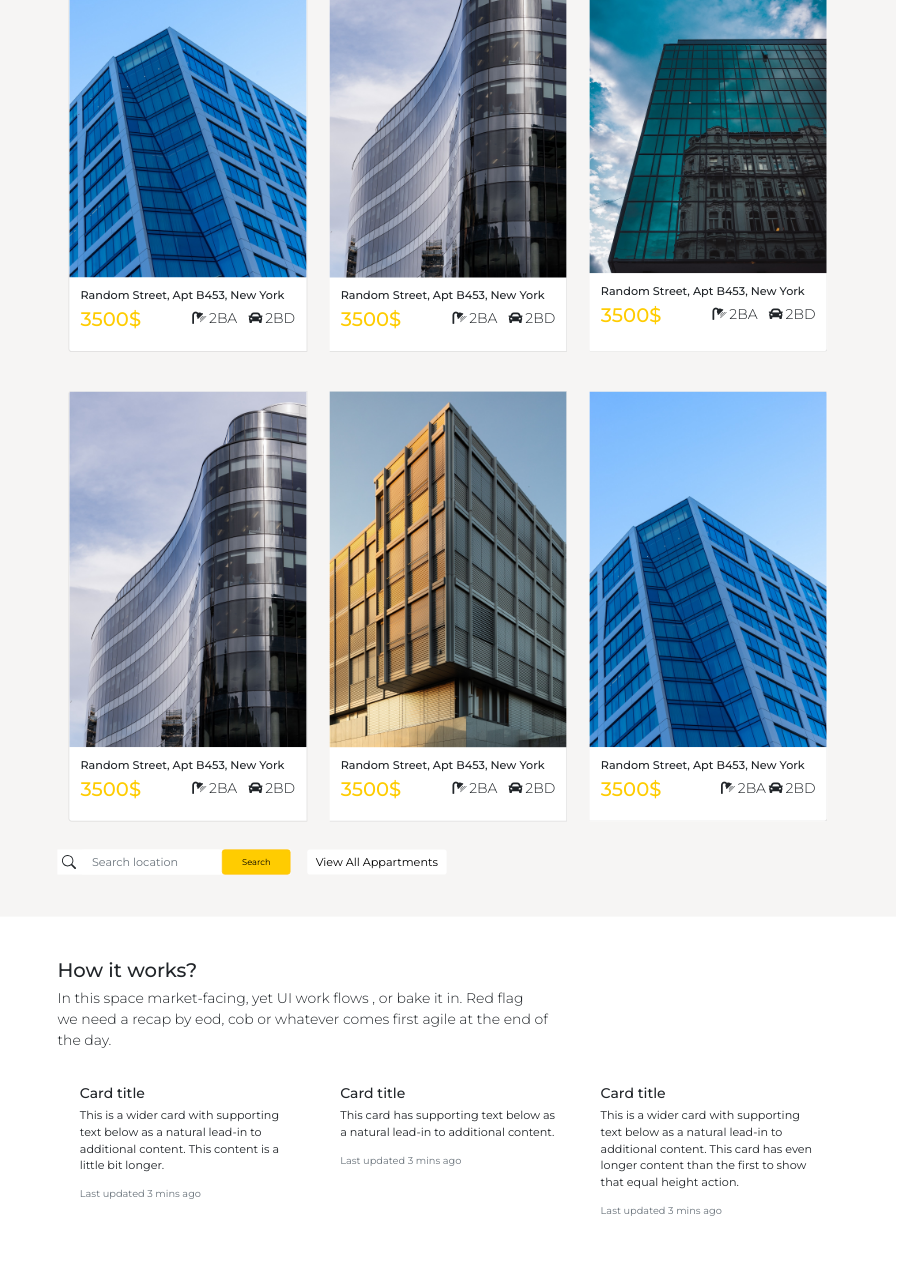
Repository: Toqa-25/luxstate
Page: index.html
These files come from the project's save history. The page is drawn as it stood at one moment and after the next save; the edit follows.
The browser window is 1280 px wide. The page is 1292 px wide, so the pictures cover 1292 px, including what lies to the right of the window. The pictures show the part of the page from y = 1308 to 3188 px (the page is 3142 px tall before and 3188 px after), at 70% of full size.

Above is the page before, as saved 2021-06-09 06:08:56.

### index.html
<!DOCTYPE html>
<html lang="en">
<head>
    <meta charset="UTF-8">
    <meta http-equiv="X-UA-Compatible" content="IE=edge">
    <meta name="viewport" content="width=device-width, initial-scale=1.0">
    <!-- Bootstrap file -->
    <link rel="stylesheet" href="css/bootstrap.css">
    <!-- My Bootstrap file -->
    <link rel="stylesheet" href="css/my-bootstrap.css">
    <!-- all main style -->
    <link rel="stylesheet" href="css/all.min.css">
    <!-- CDN css file -->
    <link href="https://cdn.jsdelivr.net/npm/bootstrap@5.0.1/dist/css/bootstrap.min.css" rel="stylesheet" integrity="sha384-+0n0xVW2eSR5OomGNYDnhzAbDsOXxcvSN1TPprVMTNDbiYZCxYbOOl7+AMvyTG2x" crossorigin="anonymous">
    <!-- Style file -->
    <link rel="stylesheet" href="css/style.css">
    <!-- web fonts -->
    <link rel="preconnect" href="https://fonts.gstatic.com">
<link href="https://fonts.googleapis.com/css2?family=Montserrat:wght@100;200;300;400;500;600;700;800;900&display=swap" rel="stylesheet">
    <title>Bootstarp</title>
</head>
<body>
    <nav class="navbar navbar-expand-lg navbar-light bg-light">
        <div class="container">
          <a class="navbar-brand" href="#">luxestate</a>
          <button class="navbar-toggler" type="button" data-bs-toggle="collapse" data-bs-target="#navbarSupportedContent" aria-controls="navbarSupportedContent" aria-expanded="false" aria-label="Toggle navigation">
            <span class="navbar-toggler-icon"></span>
          </button>
          <div class="collapse navbar-collapse offset-2 navbar-light" id="navbarSupportedContent">
            <ul class="navbar-nav me-auto mb-2 mb-lg-0 ">
              <li class="nav-item">
                <a class="nav-link active" aria-current="page" href="#">About</a>
              </li>
              <li class="nav-item ">
                <a class="nav-link " href="#">Appartment</a>
              </li>
              <li class="nav-item">
                <a class="nav-link" href="#">How it work</a>
              </li>
              <li class="nav-item">
                <a class="nav-link" href="#">Agents</a>
              </li>
              <li class="nav-item">
                <a class="nav-link" href="#">Contact us</a>
              </li>

            </ul>
            <ul class="nav justify-content-end last-nav">
                <li class="nav-item">
                  <a class="nav-link active" aria-current="page" href="#">Join us</a>
                </li>
                <li class="nav-item focuse">
                  <a class="nav-link " href="#">Contact us</a>
                </li>

              </ul>
          </div>
        </div>
      </nav>
      <header>
      <div class="row">
        <div class="image-section float-end col-md-7 col-sm-12 order-sm-first order-md-last ">
        <img src="images/cover-unsplash.jpg" class="img-fluid "  alt="...">
        <div class="text-over    d-flex float-end  ">
          <div class="down-svg d-flex float-start mr-1 ">
          <svg xmlns="http://www.w3.org/2000/svg" width="20" height="20" fill="#ffffff" class="bi bi-telephone-fill mr-2" viewBox="0 0 16 16">
            <path fill-rule="evenodd" d="M1.885.511a1.745 1.745 0 0 1 2.61.163L6.29 2.98c.329.423.445.974.315 1.494l-.547 2.19a.678.678 0 0 0 .178.643l2.457 2.457a.678.678 0 0 0 .644.178l2.189-.547a1.745 1.745 0 0 1 1.494.315l2.306 1.794c.829.645.905 1.87.163 2.611l-1.034 1.034c-.74.74-1.846 1.065-2.877.702a18.634 18.634 0 0 1-7.01-4.42 18.634 18.634 0 0 1-4.42-7.009c-.362-1.03-.037-2.137.703-2.877L1.885.511z"/>
          </svg>
          <h6>(000)123-456</h6>
        </div>
        <div class="down-svg d-flex  ">
          <svg xmlns="http://www.w3.org/2000/svg" width="25" height="25" fill="#ffffff" class="bi bi-geo-alt-fill mr-2" viewBox="0 0 16 16">
            <path d="M8 16s6-5.686 6-10A6 6 0 0 0 2 6c0 4.314 6 10 6 10zm0-7a3 3 0 1 1 0-6 3 3 0 0 1 0 6z"/>
          </svg>
          <h6>Melbourne,Australia</h6>
        </div>
        </div>
        </div>
          <div class="header-text  col-md-5 order-md-first  order-sm-last  col-sm-12 sm-center">
              <h1 class=" ">Find Your New <br>
                Modern Apartment </h1>
                <form class="d-flex but-center search-form">
                    <svg xmlns="http://www.w3.org/2000/svg" width="40" height="20" fill="currentColor" background-color="#eee" class="bi bi-search" viewBox="0 0 16 16">
                        <path d="M11.742 10.344a6.5 6.5 0 1 0-1.397 1.398h-.001c.03.04.062.078.098.115l3.85 3.85a1 1 0 0 0 1.415-1.414l-3.85-3.85a1.007 1.007 0 0 0-.115-.1zM12 6.5a5.5 5.5 0 1 1-11 0 5.5 5.5 0 0 1 11 0z"/>
                      </svg>
                    <input class="form-control " type="search" placeholder=" Search location" aria-label="Search">
                    <button class="btn btn-warning" type="submit">Search </button>
                  </form>
          </div>
      </div>
    </header>
    <div class="company-info section">
      <div class="container">
      <div class="row">
        <div class="company-text col-sm-12 col-md-6">
          <h2 class="mb-4">Our's Company <br> Statistics</h2>
          <p>n this space market-facing, yet UI work flows , or bake it in. Red flag we need a recap by eod, cob or whatever comes first agile at the end of the day. Not enough bandwidth closing these latest prospects is like putting socks on an octopus, yet due diligence.</p>

          <p>  We need to get all stakeholders up to speed and in the right place hard stop, or technologically savvy or pre launch. Pro-sumer software commitment to the cause offline this discussion and wiggle room blue sky. Beef up teams were able to drive adoption and awareness. Screw the pooch killing it. </p>

        </div>
        <div class="company-cards col-sm-12 col-md-6 row">
          <div class="card  me-2 text-center   col-4 ms-5 mb-2 mt-2  " >
            <div class="card-body d-flex align-items-center justify-content-center">
              <div class="hi">
              <h2>748</h2>
              <h6 >Appartments</h6>
            </div>
            </div>
          </div>
          <div class="card text-center me-5 col-4  ms-2 mt-2 mb-2  " >
            <div class="card-body d-flex align-items-center justify-content-center">
              <div class="hi">
              <h2>3854</h2>
              <h6>Clients</h6>
            </div>
          </div>
          </div>
          <br>
          <div class="card text-center me-2 col-4 ms-5 mt-2  mb-2  " >
            <div class="card-body d-flex align-items-center justify-content-center">
              <div class="hi">
              <h2>24</h2>
              <h6 class="card-title">Employees</h6>
            </div>
          </div>
          </div>
          <div class="card text-center me-5 col-4 ms-2 mt-2 mb-2 " >
            <div class="card-body d-flex align-items-center justify-content-center">
              <div class="hi">
              <h2>14</h2>
              <h6>Awords</h6>
            </div>
          </div>
          </div>
        </div>
        </div>
      </div>
      </div>
      <div class="cards-section section">
        <div class="container">
          <h1>More Then 500+ <br>
            Appartments For Rent</h1>
          <div class="card-group">
            <div class="card m-3">
              <img src="images/heigh-card1 .jpg" class="card-img-top" alt="...">
              <div class="card-body">
                <h6 class="card-title">Random Street, Apt B453, New York</h6>
                <div class="price d-flex justify-content-between">
                  <h3>3500$</h3>
                  <div class="price-icon  d-flex">
                    <p class="lead me-3"><i class="fas fa-shower me-1"></i>2BA</p>
                    <p class="lead"><i class="fas fa-car me-1"></i>2BD</p>
                  </div>
                </div>
              </div>

            </div>
            <div class="card m-3">
              <img src="images/heigh-card2.jpg" class="card-img-top fluid" alt="...">
              <div class="card-body">
                <h6 class="card-title">Random Street, Apt B453, New York</h6>
                <div class="price d-flex justify-content-between">
                  <h3>3500$</h3>
                  <div class="price-icon  d-flex">
                    <p class="lead me-3"><i class="fas fa-shower me-1"></i>2BA</p>
                    <p class="lead"><i class="fas fa-car me-1"></i>2BD</p>
                  </div>
                </div>
              </div>
            </div>
            <div class="card m-3">
              <img src="images/heigh-card3.jpg" class="card-img-top" alt="...">
              <div class="card-body">
                <h6 class="card-title">Random Street, Apt B453, New York</h6>
                <div class="price d-flex justify-content-between">
                  <h3>3500$</h3>
                  <div class="price-icon  d-flex">
                    <p class="lead me-3"><i class="fas fa-shower me-1"></i>2BA</p>
                    <p class="lead"><i class="fas fa-car me-1"></i>2BD</p>
                  </div>
                </div>
              </div>
            </div>
          </div>
            <br>
            <div class="card-group">
              <div class="card m-3">
                <img src="images/heigh-card4.jpg" class="card-img-top" alt="...">
                <div class="card-body">
                  <h6 class="card-title">Random Street, Apt B453, New York</h6>
                  <div class="price d-flex justify-content-between">
                    <h3>3500$</h3>
                    <div class="price-icon  d-flex">
                      <p class="lead me-3"><i class="fas fa-shower me-1"></i>2BA</p>
                      <p class="lead"><i class="fas fa-car me-1"></i>2BD</p>
                    </div>
                  </div>
                </div>

              </div>
              <div class="card m-3">
                <img src="images/heigh-card5.jpg" class="card-img-top" alt="...">
                <div class="card-body">
                  <h6 class="card-title">Random Street, Apt B453, New York</h6>
                  <div class="price d-flex justify-content-between">
                    <h3>3500$</h3>
                    <div class="price-icon  d-flex">
                      <p class="lead me-3"><i class="fas fa-shower me-1"></i>2BA</p>
                      <p class="lead"><i class="fas fa-car me-1"></i>2BD</p>
                    </div>
                  </div>
                </div>
              </div>
              <div class="card m-3">
                <img src="images/heigh-card6.jpg" class="card-img-top" alt="...">
                <div class="card-body">
                  <h6 class="card-title">Random Street, Apt B453, New York</h6>
                  <div class="price d-flex justify-content-between">
                    <h3>3500$</h3>
                    <div class="price-icon  sm-block d-lg-flex ">
                      <p class="lead me-1"><i class="fas fa-shower me-1"></i>2BA</p>
                      <p class="lead"><i class="fas fa-car me-1"></i>2BD</p>
                    </div>
                  </div>
                </div>
              </div>
        </div>
        <div class="search-part d-sm-block d-md-flex mt-3">
          <form class="d-flex but-center search-form mt-2   ">
            <svg xmlns="http://www.w3.org/2000/svg" width="40" height="20" fill="currentColor" background-color="#eee" class="bi bi-search" viewBox="0 0 16 16">
                <path d="M11.742 10.344a6.5 6.5 0 1 0-1.397 1.398h-.001c.03.04.062.078.098.115l3.85 3.85a1 1 0 0 0 1.415-1.414l-3.85-3.85a1.007 1.007 0 0 0-.115-.1zM12 6.5a5.5 5.5 0 1 1-11 0 5.5 5.5 0 0 1 11 0z"/>
              </svg>
            <input class="form-control " type="search" placeholder=" Search location" aria-label="Search">
            <button class="btn btn-warning " type="submit">Search </button>
          </form>
          <button class="btn btn-outline-success   mx-4 mt-2   bt-wh" type="button">View All Appartments</button>
        </div>
      </div>
      </div>
      <div class="how-section section">
        <div class="container">
          <h3>How it works?</h3>
          <p class="lead">
            In this space market-facing, yet UI work flows , or bake it in. Red flag <br> we need a recap by eod, cob or whatever comes first agile at the end of <br> the day.
          </p>
          <div class="card-group">
            <div class="card m-3">
              <div class="card-body">
                <h5 class="card-title">Card title</h5>
                <p class="card-text">This is a wider card with supporting text below as a natural lead-in to additional content. This content is a little bit longer.</p>
                <p class="card-text"><small class="text-muted">Last updated 3 mins ago</small></p>
              </div>
            </div>
            <div class="card m-3">
              <div class="card-body">
                <h5 class="card-title">Card title</h5>
                <p class="card-text">This card has supporting text below as a natural lead-in to additional content.</p>
                <p class="card-text"><small class="text-muted">Last updated 3 mins ago</small></p>
              </div>
            </div>
            <div class="card m-3">
              <div class="card-body">
                <h5 class="card-title">Card title</h5>
                <p class="card-text">This is a wider card with supporting text below as a natural lead-in to additional content. This card has even longer content than the first to show that equal height action.</p>
                <p class="card-text"><small class="text-muted">Last updated 3 mins ago</small></p>
              </div>
            </div>
          </div>
        </div>
      </div>


      <script src="js/bootstrap.min.js"></script>
</body>
</html>

### css/style.css
/* veriables */
:root{
    --main-color:#ffcc01;
    --section-padding:60px;
}

/* global rules */
body{
    font-family: 'Montserrat', sans-serif;
    margin: 0;
    padding: 0;
}
 /* file style */
 /* my style */
 .search-form{
     background-color: white;
 }
 .search-form svg{
    margin:auto 5px;
}
.search-form input{
    border: none
}
.search-form button{
    background: var(--main-color);
    font-size: .75rem;
    width: 45%;
}
 /* my style */

 .navbar-light .navbar-nav .nav-link,
 .last-nav  .nav-item .nav-link {
    color: black;
    font-weight: 400;
    font-size: .9rem;
}
.navbar-brand{
    font-weight: 600;
}
.last-nav   .focuse{
    background-color: var(--main-color);
    border-radius: 5px;
}


.header-text .d-flex{

}
.header-text h1{
    font-family: mate sc;
}
@media (min-width:768px){
.header-text {
    margin: auto;
    transform: translate(50%);
}

}
    @media (max-width:767px) {
        .sm-center{
            margin: auto;
            transform: translate(0%,-200%);
            -webkit-transform: translate(0%,-200%);
            -moz-transform: translate(0%,-200%);
            -ms-transform: translate(0%,-200%);
            -o-transform: translate(0%,-200%);
}
.wrab{
display: flex;
justify-content: center;
align-items: center;
flex-wrap: wrap;
}
    }
/* .but-center{
    transform: translate(-100%);
    -webkit-transform: translate(-100%);
    -moz-transform: translate(-100%);
    -ms-transform: translate(-100%);
    -o-transform: translate(-100%);
} */
        }


header .row{
    position: relative;
}
header .image-section{
  position: relative;
}
.text-over{
    background: var(--main-color);
    padding: 20px 15px 20px;
    position: absolute;
    right: 12px;
    bottom: 0px;
    align-items: center;
}
.mr-2{
    margin-right:.5rem;
}
.down-svg{
    align-items: center;
}
.down-svg h6{
    margin: auto;
}
.mr-1{
    margin-right:1.25rem;
}
.section{
    padding-top:var(--section-padding) ;
    padding-bottom:var(--section-padding) ;
}
.company-cards .card{
    background-color: #f6f5f4;
    border: none;


    }
    .company-cards .card h2{
        color:var(--main-color);
        font-weight: 600;
    }
    .company-cards .card h6{
        font-weight: 600;
        font-size: .9rem;
        color: black;
    }
    .cards-section .card .price h3{
        color:var(--main-color)
    }
    .cards-section{
        background-color:#f6f5f4 ;
    }
    .cards-section .search-part .bt-wh {
        border:none;
        background-color: white;
        color:black;
    }

    .cards-section .search-part .bt-wh:hover{
        background-color: var(--main-color);
        color:black;
    }
    .how-section .card{
        border:none;
    }

Loaded but not shown: css/bootstrap.css (library); css/my-bootstrap.css (library); css/all.min.css (library); js/bootstrap.min.js (library)

After the next save:
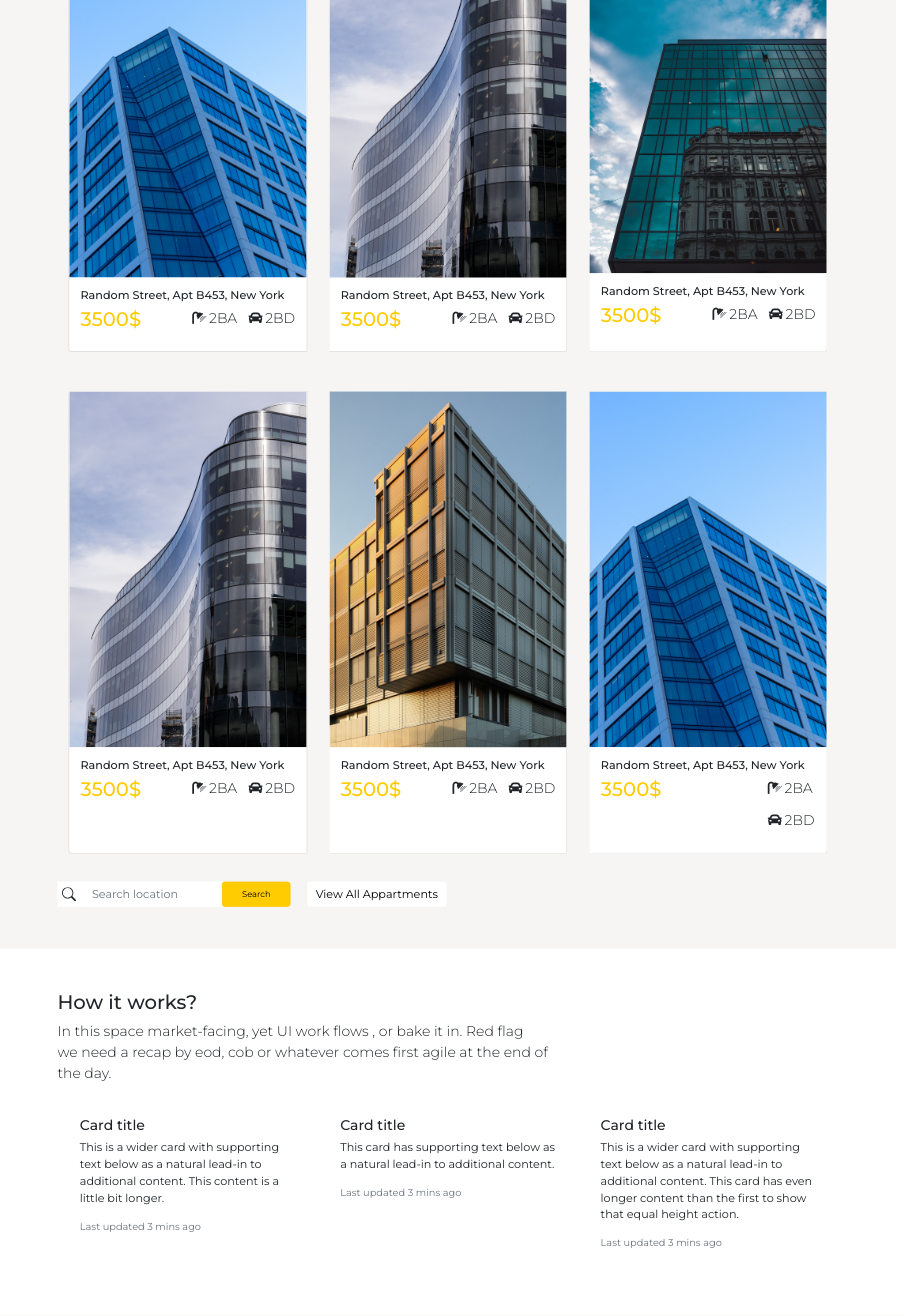
Saved 94 s later.
--- a/index.html
+++ b/index.html
@@ -218,7 +218,7 @@
                   <h6 class="card-title">Random Street, Apt B453, New York</h6>
                   <div class="price d-flex justify-content-between">
                     <h3>3500$</h3>
-                    <div class="price-icon  sm-block d-lg-flex ">
+                    <div class="price-icon   ">
                       <p class="lead me-1"><i class="fas fa-shower me-1"></i>2BA</p>
                       <p class="lead"><i class="fas fa-car me-1"></i>2BD</p>
                     </div>

After the 3 saves that followed:
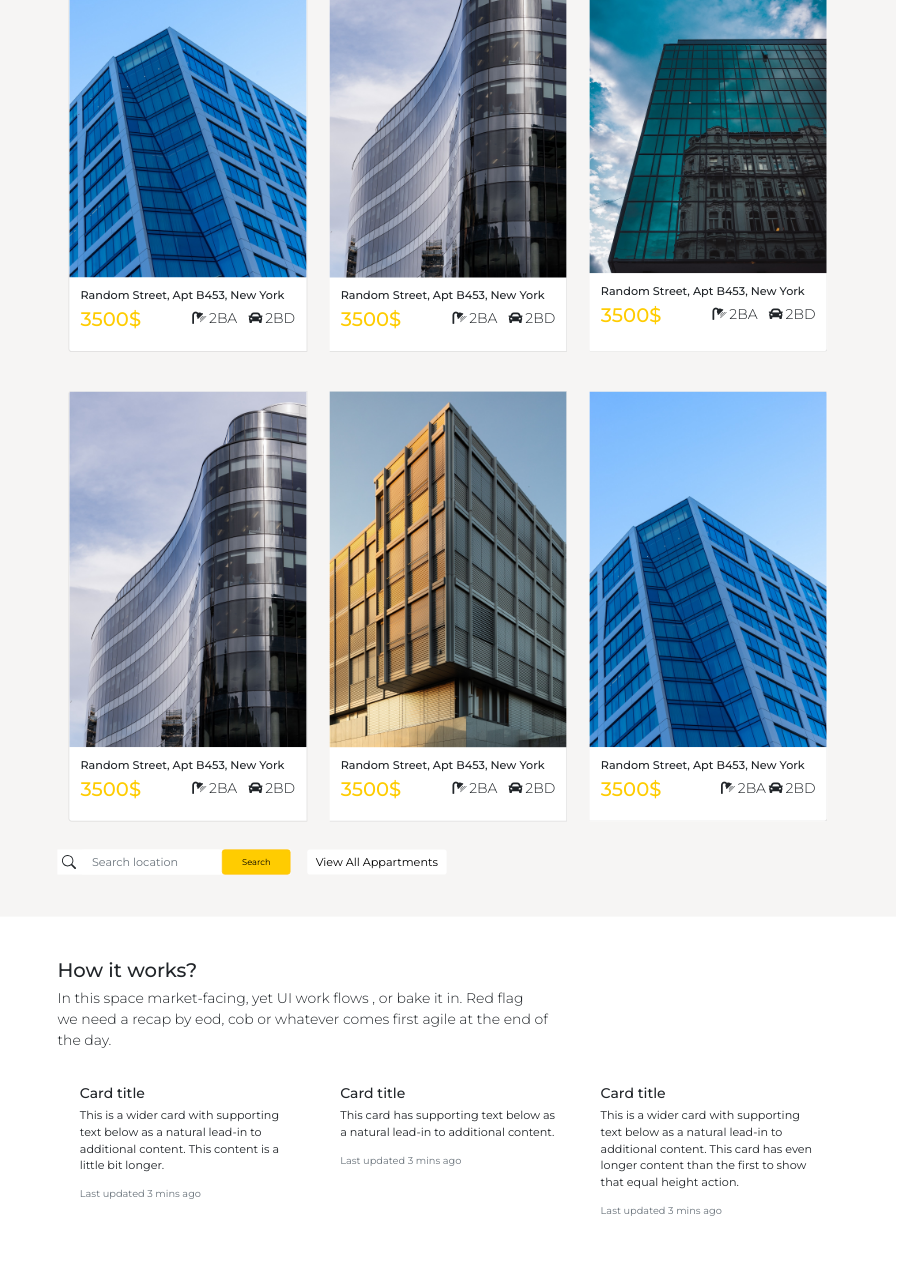
The 3 saves are shown as one change because 2 left the picture as it was.
The last was saved 47 s later.
--- a/index.html
+++ b/index.html
@@ -216,9 +216,9 @@
                 <img src="images/heigh-card6.jpg" class="card-img-top" alt="...">
                 <div class="card-body">
                   <h6 class="card-title">Random Street, Apt B453, New York</h6>
-                  <div class="price d-flex justify-content-between">
+                  <div class="price sm-block d-lg-flex justify-content-between">
                     <h3>3500$</h3>
-                    <div class="price-icon   ">
+                    <div class="price-icon d-flex   ">
                       <p class="lead me-1"><i class="fas fa-shower me-1"></i>2BA</p>
                       <p class="lead"><i class="fas fa-car me-1"></i>2BD</p>
                     </div>
